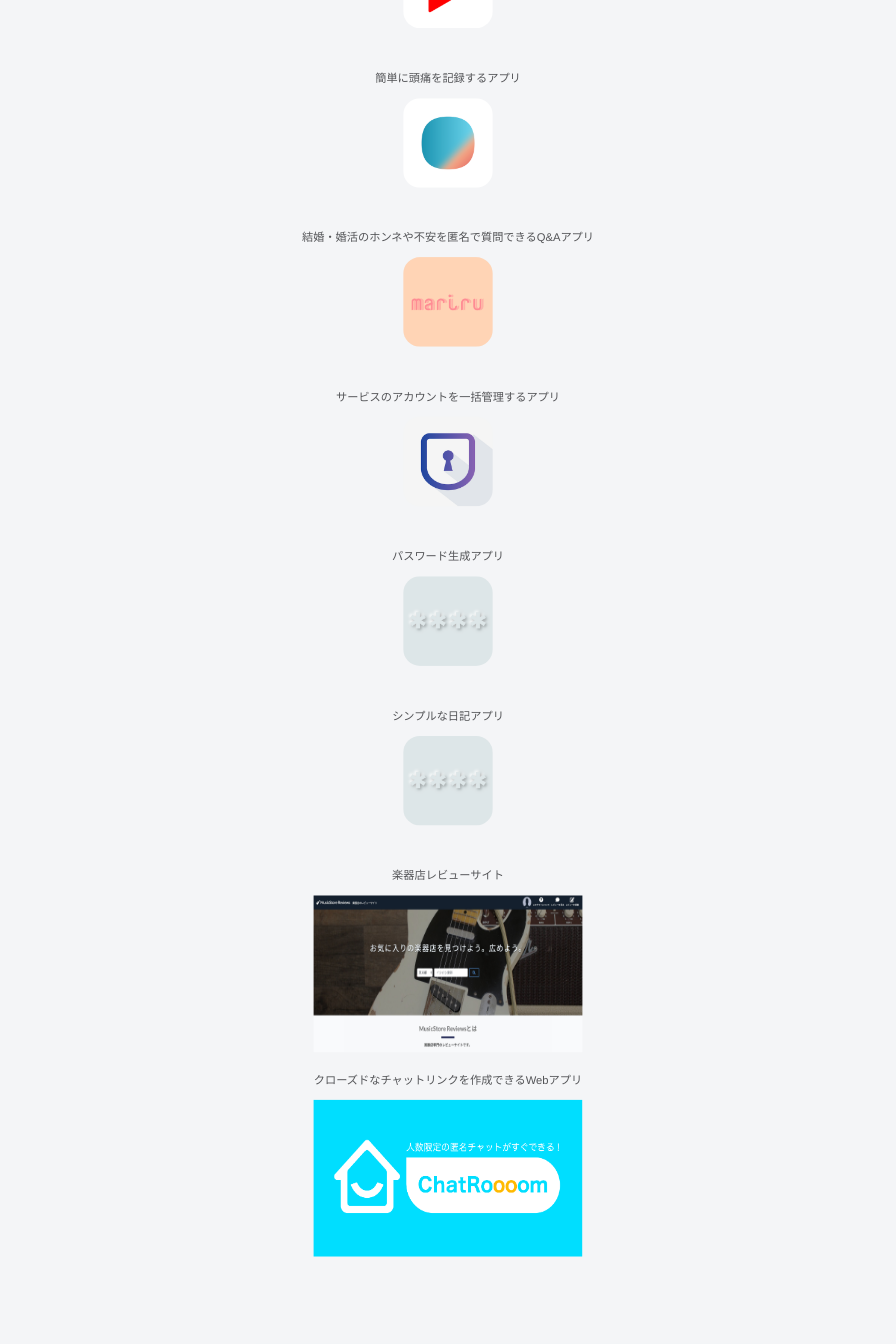
Repository: nosuke0926/my-portfolio
Page: /works
These files come from the project's save history. The page is drawn as it stood at one moment and after the next save; the edit follows.
The browser window is 1280 px wide. The pictures show the part of the page from y = 1205 to 3125 px (the page is 3125 px tall), at 70% of full size.
The project was rebuilt for these pictures with package versions that can differ from the ones it lists, and the page was loaded fresh each time. The framework's server and built-in components were replaced by stand-ins that run in the browser. Also part of the build but not shown: next.config.js.

Above is the page before, as saved 2022-07-30 21:54:57.

### pages/_app.tsx
import React from 'react'
import { AppProps } from 'next/app'
import NavTabs from '../components/Tab'
import styles from '../components/layout.module.css'
import utilStyles from '../styles/utils.module.css'
import '../styles/styles.scss'

const App = ({ Component, pageProps }: AppProps) => (
  <div className={utilStyles.backgroundColor}>
    <header className={styles.header}>
      <NavTabs />
    </header>
    <Component {...pageProps} />
  </div>
)

export default App

### pages/works.tsx
import Layout from '../components/Layout'
import utilStyles from '../styles/utils.module.css'
import styles from '../components/layout.module.css'
import TransitionsModal from '../components/modal'

const WorksView = (props: any) => (
  <Layout>
    <div className={styles.header}>
      <p>世の中を少しだけ面白く、便利にするサービスを開発しています。</p>
      <section className={utilStyles.headingMd}>
        <p>
          <TransitionsModal
            src="/images/products/subsc.png"
            alt="アプリ（さぶすく）"
            description="サブスクリプションを賢く管理するアプリ"
            appTitle="さぶすく"
            useTechnology={['Flutter', 'Firebase', 'RevenueCat']}
            appDescription="サービスの無料期間終了前にプッシュ通知でお知らせします。毎月・毎年のサブスクリプションサービスにいくらお金を使っているのかもグラフで可視化します。"
            iosUrl="https://apps.apple.com/jp/app/id1506451600?mt=8"
            productHuntUrl="https://www.producthunt.com/posts/subsc?utm_source=badge-featured&utm_medium=badge&utm_souce=badge-subsc"
            productHuntPostId="349809"
            androidUrl="https://play.google.com/store/apps/details?id=com.nosuke.subscriptionManagement&pcampaignid=pcampaignidMKT-Other-global-all-co-prtnr-py-PartBadge-Mar2515-1"
            type="native"
          />
        </p>
        <p>
          <TransitionsModal
            src="/images/products/rapid.png"
            alt="アプリ（爆速Todoメモ）"
            description="起動して2秒でメモできるアプリ"
            appTitle="爆速Todoメモ"
            useTechnology={['Flutter', 'SQLite']}
            appDescription="アプリを起動すると同時にキーボードが開きます。また記入と閲覧が同時にできるよう一画面を分割した新しいメモアプリです。"
            iosUrl="https://apps.apple.com/jp/app/id1511398926?mt=8"
            androidUrl="https://play.google.com/store/apps/details?id=com.nosuke.rapid&pcampaignid=pcampaignidMKT-Other-global-all-co-prtnr-py-PartBadge-Mar2515-1"
            type="native"
          />
        </p>
        <p>
          <TransitionsModal
            src="/images/products/yomoo.png"
            alt="アプリ（Yomoo）"
            description="ニューモフィズムな読書管理アプリ"
            appTitle="Yomoo"
            useTechnology={['Flutter', 'SQLite', 'RevenueCat']}
            appDescription="2020年~のUIデザインのトレンドであるNeumorphismを取り入れた読書管理アプリです。楽天ブックスAPI、openBDと連携してバーコード読み取りからの書籍登録が可能です。"
            iosUrl="https://apps.apple.com/jp/app/id1516860157?mt=8"
            androidUrl="https://play.google.com/store/apps/details?id=com.nosuke.yomoo&pcampaignid=pcampaignidMKT-Other-global-all-co-prtnr-py-PartBadge-Mar2515-1"
            type="native"
          />
        </p>
        <p>
          <TransitionsModal
            src="/images/products/oshiPay.png"
            alt="アプリ（推しPay）"
            description="推しへの愛を管理&シェアするアプリ"
            appTitle="推しPay"
            useTechnology={['Flutter', 'Firebase', 'RevenueCat']}
            appDescription="「推し」にいくらお金を使っているのかを記録&SNSにシェアできるアプリです。"
            iosUrl="https://apps.apple.com/jp/app/id1523768983?mt=8"
            androidUrl="https://play.google.com/store/apps/details?id=com.nosuke.oshi_pay&pcampaignid=pcampaignidMKT-Other-global-all-co-prtnr-py-PartBadge-Mar2515-1"
            type="native"
          />
        </p>
        <p>
          <TransitionsModal
            src="/images/products/tubenote.png"
            alt="アプリ（TubeNote）"
            description="YouTubeを見ながらメモできるアプリ"
            appTitle="TubeNote"
            useTechnology={['Flutter', 'Firebase', 'RevenueCat', 'Algolia']}
            appDescription="YouTubeを見ながらリアルタイムにメモできるアプリです。メモは動画のURLとともにSNSにシェアできます。現在日本語・英語・韓国語に対応しています。"
            iosUrl="https://apps.apple.com/jp/app/id1535634801?mt=8"
            productHuntUrl="https://www.producthunt.com/posts/tubenote?utm_source=badge-featured&utm_medium=badge&utm_souce=badge-tubenote"
            productHuntPostId="279810"
            androidUrl="https://play.google.com/store/apps/details?id=com.nosuke.movieMemo&pcampaignid=pcampaignidMKT-Other-global-all-co-prtnr-py-PartBadge-Mar2515-1"
            type="native"
          />
        </p>
        <p>
          <TransitionsModal
            src="/images/products/migru.png"
            alt="アプリ（ミグル）"
            description="簡単に頭痛を記録するアプリ"
            appTitle="ミグル"
            useTechnology={['Flutter', 'Firebase', 'RevenueCat']}
            appDescription="頭痛の記録・振り返りに特化したシンプルなアプリです。"
            iosUrl="https://apps.apple.com/jp/app/id1564686045?mt=8"
            androidUrl="https://play.google.com/store/apps/details?id=com.nosuke.migraine&pcampaignid=pcampaignidMKT-Other-global-all-co-prtnr-py-PartBadge-Mar2515-1"
            type="native"
          />
        </p>
        <p>
          <TransitionsModal
            src="/images/products/mariru.png"
            alt="アプリ（マリル）"
            description="結婚・婚活のホンネや不安を匿名で質問できるQ&Aアプリ"
            appTitle="マリル"
            useTechnology={['Flutter', 'Firebase']}
            appDescription="結婚・婚活のホンネや不安を匿名で質問できるQ&Aアプリです。"
            iosUrl="https://apps.apple.com/jp/app/id1578903905?mt=8"
            androidUrl="https://play.google.com/store/apps/details?id=com.nosuke.marry_talk&pcampaignid=pcampaignidMKT-Other-global-all-co-prtnr-py-PartBadge-Mar2515-1"
            type="native"
          />
        </p>
        <p>
          <TransitionsModal
            src="/images/products/accounts.png"
            alt="アカウントフォルダ"
            description="サービスのアカウントを一括管理するアプリ"
            appTitle="アカウントフォルダ"
            useTechnology={['Flutter', 'Hive']}
            appDescription="サービスのアカウント・パスワードを一括管理するアプリです。データは暗号化・端末に保存されるためセキュリティも安心です。"
            iosUrl="https://apps.apple.com/jp/app/id1606877526?mt=8"
            androidUrl="https://play.google.com/store/apps/details?id=com.nosuke.account_holder&pcampaignid=pcampaignidMKT-Other-global-all-co-prtnr-py-PartBadge-Mar2515-1"
            type="native"
          />
        </p>
        <p>
          <TransitionsModal
            src="/images/products/password_generator.png"
            alt="パスワード生成"
            description="パスワード生成アプリ"
            appTitle="パスワード生成"
            useTechnology={['Flutter']}
            appDescription="パスワードを生成することに特化したシンプルなアプリです"
            iosUrl="https://apps.apple.com/jp/app/id1635128935?mt=8"
            androidUrl="https://play.google.com/store/apps/details?id=com.nosuke.password_generator&pcampaignid=pcampaignidMKT-Other-global-all-co-prtnr-py-PartBadge-Mar2515-1"
            type="native"
          />
        </p>
        <p>
          <TransitionsModal
            src="/images/products/password_generator.png"
            alt="超シンプル日記"
            description="シンプルな日記アプリ"
            appTitle="超シンプル日記"
            useTechnology={['Flutter']}
            appDescription="日記に必要な「書く」と「読む」ことに特化したシンプルなアプリです"
            iosUrl="https://apps.apple.com/jp/app/id1635770040?mt=8"
            androidUrl="https://play.google.com/store/apps/details?id=com.nosuke.diary&pcampaignid=pcampaignidMKT-Other-global-all-co-prtnr-py-PartBadge-Mar2515-1"
            type="native"
          />
        </p>
        <p>
          <TransitionsModal
            src="/images/products/music-store-reviews/cover.jpeg"
            alt="Webアプリ（MusicStore Reviews）"
            description="楽器店レビューサイト"
            appTitle="MusicStore Reviews"
            useTechnology={['Laravel', 'Vue.js', 'Python']}
            appDescription="日本初の楽器店レビューサイト。楽器店のデータはWebスクレイピングで取得しました。一部Vue.jsを使用しています。"
            webUrl="https://musicstore-reviews.com/"
            type="web"
          />
        </p>
        <p>
          <TransitionsModal
            src="/images/products/chatroooom/chatroooom.png"
            alt="Webアプリ（ChatRoooom）"
            description="クローズドなチャットリンクを作成できるWebアプリ"
            appTitle="ChatRoooom"
            useTechnology={['Vue.js', 'Nuxt.js', 'Firebase']}
            appDescription="ChatRoooomは簡単に人数限定のチャットルームを作成できるサービスです。チャット内容は24時間後に削除されるので、プライバシーも安心です。"
            webUrl="https://chatroooom.net/"
            type="web"
          />
        </p>
      </section>
    </div>
  </Layout>
)

export default WorksView

### components/Tab.tsx
import Link from 'next/link'
import React from 'react'
import { makeStyles, Theme } from '@material-ui/core/styles'
import AppBar from '@material-ui/core/AppBar'
import Tabs from '@material-ui/core/Tabs'
import Tab from '@material-ui/core/Tab'
// import Typography from '@material-ui/core/Typography'
// import Box from '@material-ui/core/Box'

// interface TabPanelProps {
//   children?: React.ReactNode
//   index: any
//   value: any
// }

// function TabPanel(props: TabPanelProps) {
//   const { children, value, index, ...other } = props

//   return (
//     <div
//       role="tabpanel"
//       hidden={value !== index}
//       id={`nav-tabpanel-${index}`}
//       aria-labelledby={`nav-tab-${index}`}
//       {...other}
//     >
//       {value === index && (
//         <Box p={3}>
//           <Typography>{children}</Typography>
//         </Box>
//       )}
//     </div>
//   )
// }

function a11yProps(index: any) {
  return {
    id: `nav-tab-${index}`,
    'aria-controls': `nav-tabpanel-${index}`,
  }
}

interface LinkTabProps {
  label?: string
  href?: string
}

function LinkTab(props: LinkTabProps) {
  return (
    <Tab
      component="a"
      onClick={(event: React.MouseEvent<HTMLAnchorElement, MouseEvent>) => {
        event.preventDefault()
      }}
      {...props}
    />
  )
}

const useStyles = makeStyles((theme: Theme) => ({
  root: {
    flexGrow: 1,
    backgroundColor: theme.palette.background.paper,
  },
}))

export default function NavTabs() {
  const classes = useStyles()
  const [value, setValue] = React.useState(0)

  const handleChange = (event: React.ChangeEvent<{}>, newValue: number) => {
    setValue(newValue)
  }

  return (
    <div className={classes.root}>
      <AppBar position="static" color="default">
        <Tabs
          TabIndicatorProps={{ style: { background: 'transparent' } }}
          textColor="primary"
          variant="fullWidth"
          value={value}
          onChange={handleChange}
          aria-label="nav tabs example"
        >
          <Link href="/">
            <LinkTab label="Home" href="/" {...a11yProps(0)} />
          </Link>
          <Link href="/works">
            <LinkTab label="Works" href="/works" {...a11yProps(1)} />
          </Link>
          <Link href="/contact">
            <LinkTab label="Contact" href="/contact" {...a11yProps(2)} />
          </Link>
        </Tabs>
      </AppBar>
      {/* <TabPanel value={value} index={0}>
        Page One
      </TabPanel>
      <TabPanel value={value} index={1}>
        Page Two
      </TabPanel>
      <TabPanel value={value} index={2}>
        Page Three
      </TabPanel> */}
    </div>
  )
}

### components/layout.module.css
.container {
  max-width: 36rem;
  padding: 0 1rem;
  margin: 3rem auto 6rem;
}

.header {
  display: flex;
  flex-direction: column;
  align-items: center;
}

.headerImage {
  width: 6rem;
  height: 6rem;
}

.headerHomeImage {
  width: 8rem;
  height: 8rem;
}

.appIconImage {
  margin: 1rem;
  width: 8rem;
  height: 8rem;
  margin: auto;
  transition: transform 0.5s;
  margin-bottom: 2rem;
}
.appIconImage:hover {
  transform: scale(1.2);
}

.webApplicationImage {
  width: 24rem;
  height: 14rem;
  align-items: center;
  transition: transform 0.5s;
}
.webApplicationImage:hover {
  transform: scale(1.1);
}

.backToHome {
  margin: 3rem 0 0;
}

.socialIcon {
  color: rgb(168, 171, 176);
  margin: 0 2rem;
  font-size: 2rem;
}

.socialIcon:hover {
  color: rgb(83, 84, 87);
}

.appDescriptionText {
  color: rgb(83, 84, 87);
  font-size: 1rem;
  text-align: center;
}

.iosButton {
  display: inline-block;
  overflow: hidden;
  background: url(https://tools.applemediaservices.com/api/badges/download-on-the-app-store/black/en-us?)
    no-repeat;
  width: 120px;
  height: 40px;
}

.androidButton {
  width: 155px;
  margin-top: 0.4rem;
}

.productHuntButton {
  /* width: 250px;
  height: 54px; */
  width: 160px;
  margin: 0.1rem;
}

.appButtonAlign {
  display: flex;
  flex-direction: row;
  align-items: center;
  flex-wrap: wrap;
}

### styles/utils.module.css
.heading2Xl {
  font-size: 1.5rem;
  line-height: 1.2;
  font-weight: 800;
  letter-spacing: -0.05rem;
  margin: 1rem 0;
}

.headingXl {
  font-size: 2rem;
  line-height: 1.3;
  font-weight: 800;
  letter-spacing: -0.05rem;
  margin: 1rem 0;
}

.headingLg {
  font-size: 1.5rem;
  line-height: 1.4;
  margin: 1rem 0;
}

.headingMd {
  font-size: 1.2rem;
  line-height: 1.5;
}

.borderCircle {
  border-radius: 9999px;
}

.borderAppIcon {
  border-radius: 1.5rem;
}

.colorInherit {
  color: inherit;
}

.padding1px {
  padding-top: 1px;
}

.list {
  list-style: none;
  padding: 0;
  margin: 0;
}

.listItem {
  margin: 0 0 1.25rem;
}

.center {
  text-align: center;
}

### styles/styles.scss
@import '~normalize.css';
body {
  background-color: #f4f5f7;
  color: rgb(83, 84, 87);
  font-family: 'Helvetica Neue', Arial, 'Hiragino Kaku Gothic ProN',
    'Hiragino Sans', Meiryo, sans-serif;
}

### components/Layout.tsx
import Head from 'next/head'
import styles from './layout.module.css'
// import utilStyles from '../styles/utils.module.css'
// import Link from 'next/link'

export const siteTitle = 'のすけのポートフォリオサイト'

export default function Layout({ children }: any) {
  const trackingId: string = process.env.ga_tracking_id!
  const description: string =
    'Webエンジニアとして活動している、Nagese Ryunosukeのポートフォリオサイトです。'
  const url: string = 'https://nosuke-portfolio.web.app/'
  const image = 'https://nosuke-portfolio.web.app/images/portfolio_ogp.png'
  return (
    <div className={styles.container}>
      <Head>
        <script
          async
          src={`https://www.googletagmanager.com/gtag/js?id=${trackingId}`}
        ></script>
        <script
          dangerouslySetInnerHTML={{
            __html: `(function(){ window.dataLayer = window.dataLayer || [];function gtag(){dataLayer.push(arguments);}gtag('js', new Date());gtag('config', '${trackingId}');})`,
          }}
        />
        <title>のすけのポートフォリオ</title>
        <meta name="description" content={description} />

        <meta property="og:title" content={siteTitle} />
        <meta property="og:description" content={description} />
        <meta property="og:type" content="blog" />
        <meta property="og:url" content={url} />
        <meta property="og:image" content={image} />
        <meta property="og:site_name" content={siteTitle} />
        <meta property="twitter:card" content="summary_large_image" />
        <meta property="twitter:site" content="@nosuke926" />
        <meta property="twitter:url" content={url} />
        <meta property="twitter:title" content={siteTitle} />
        <meta property="twitter:description" content={description} />
        <meta property="twitter:image" content={image} />
        {/* <link rel="canonical" href={url} /> */}
        {/* <link rel="apple-touch-icon" href={image} /> */}
        <meta
          name="google-site-verification"
          content="7LNV_CLMRiHwoVKdUbRlCdyJ0TIhYsWJh2PT3cJEO9w"
        />
      </Head>

      <main>{children}</main>
    </div>
  )
}

### components/modal.tsx
import React from 'react'
import { makeStyles, Theme, createStyles } from '@material-ui/core/styles'
import Modal from '@material-ui/core/Modal'
import Backdrop from '@material-ui/core/Backdrop'
import Fade from '@material-ui/core/Fade'
import utilStyles from '../styles/utils.module.css'
import styles from './layout.module.css'

const useStyles = makeStyles((theme: Theme) =>
  createStyles({
    modal: {
      display: 'flex',
      alignItems: 'center',
      justifyContent: 'center',
    },
    paper: {
      backgroundColor: theme.palette.background.paper,
      //   border: '2px solid #000',
      boxShadow: theme.shadows[5],
      padding: theme.spacing(2, 4, 3),
      outline: 0,
    },
  }),
)

export default function TransitionsModal(props: any) {
  const classes = useStyles()
  const [open, setOpen] = React.useState(false)

  const handleOpen = () => {
    setOpen(true)
  }

  const handleClose = () => {
    setOpen(false)
  }

  return (
    <div className={`${utilStyles.center}`}>
      <p className={`${styles.appDescriptionText}`}>{props.description}</p>
      <a href="#" onClick={handleOpen}>
        <img
          src={props.src}
          className={
            props.type === 'native'
              ? `${styles.appIconImage} ${utilStyles.borderAppIcon}`
              : `${styles.webApplicationImage}`
          }
          alt={props.alt}
        />
      </a>
      <Modal
        aria-labelledby="transition-modal-title"
        aria-describedby="transition-modal-description"
        className={classes.modal}
        open={open}
        onClose={handleClose}
        closeAfterTransition
        BackdropComponent={Backdrop}
        BackdropProps={{
          timeout: 500,
        }}
      >
        <Fade in={open}>
          <div className={`${classes.paper}`}>
            <h2 id="transition-modal-title">{props.appTitle}</h2>
            <div>
              <p>使用技術</p>
              <ul>
                {props.useTechnology &&
                  props.useTechnology.map((word: string, index: string) => (
                    <li key={index}>{word}</li>
                  ))}
              </ul>
            </div>
            <p id="transition-modal-description">{props.appDescription}</p>
            <div
              className={
                props.type === 'native' ? `${styles.appButtonAlign}` : ''
              }
            >
              {props.iosUrl && (
                <a
                  className={`${styles.iosButton}`}
                  href={props.iosUrl}
                  target="_blank"
                ></a>
              )}
              {props.androidUrl && (
                <a href={props.androidUrl} target="_blank">
                  <img
                    alt="Google Play で手に入れよう"
                    src="https://play.google.com/intl/ja_jp/badges/static/images/badges/ja_badge_web_generic.png"
                    className={`${styles.androidButton}`}
                  />
                </a>
              )}
              {props.webUrl && (
                <a href={props.webUrl} target="_blank">
                  {props.webUrl}
                </a>
              )}
              {props.productHuntUrl && (
                <a href={props.productHuntUrl} target="_blank">
                  <img
                    src={`https://api.producthunt.com/widgets/embed-image/v1/featured.svg?post_id=${props.productHuntPostId}&theme=light`}
                    alt={`${props.alt} | Product Hunt`}
                    className={`${styles.productHuntButton}`}
                  />
                </a>
              )}
            </div>
          </div>
        </Fade>
      </Modal>
    </div>
  )
}

After the next save:
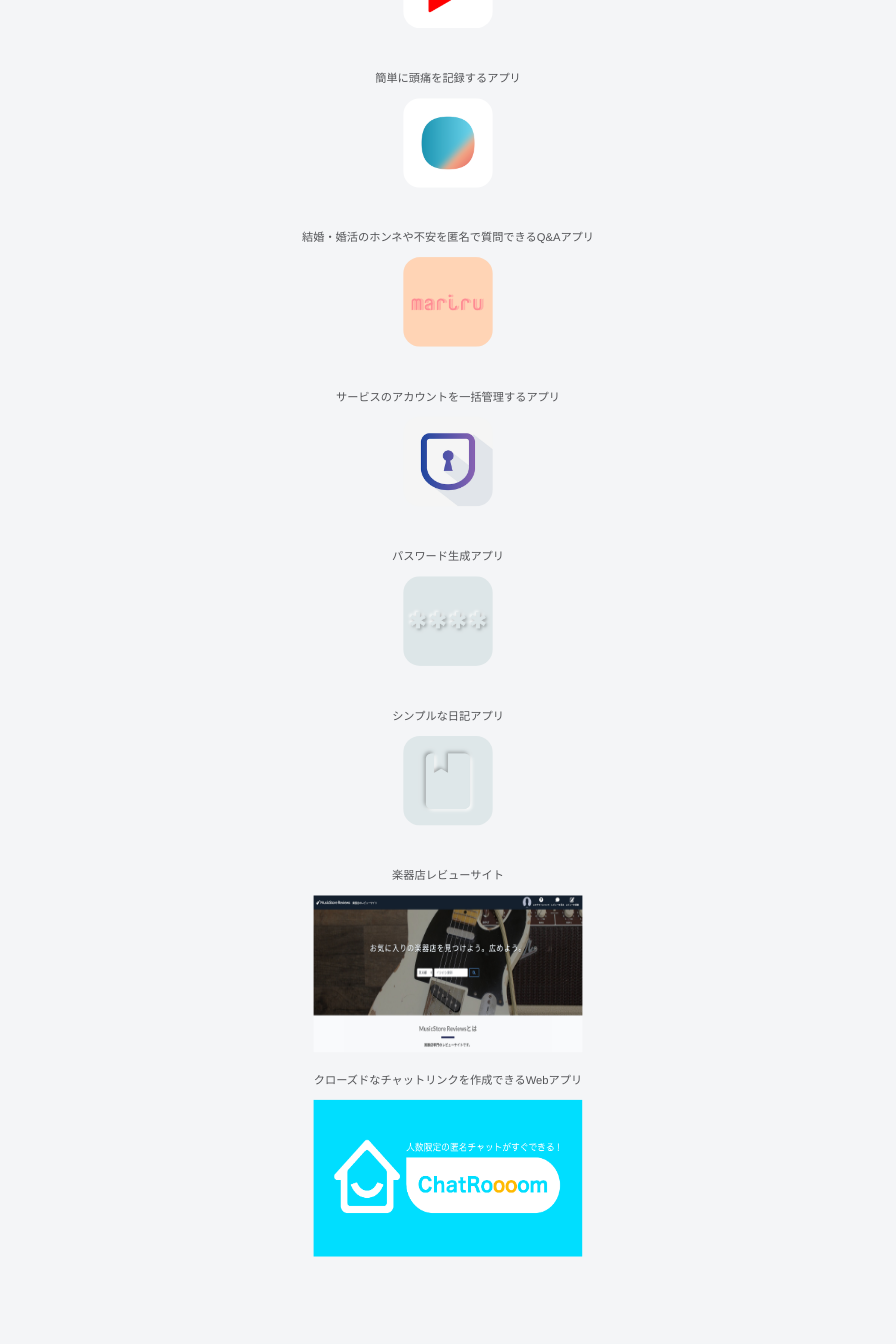
Saved 101 s later.
--- a/pages/works.tsx
+++ b/pages/works.tsx
@@ -131,7 +131,7 @@
         </p>
         <p>
           <TransitionsModal
-            src="/images/products/password_generator.png"
+            src="/images/products/diary.png"
             alt="超シンプル日記"
             description="シンプルな日記アプリ"
             appTitle="超シンプル日記"
